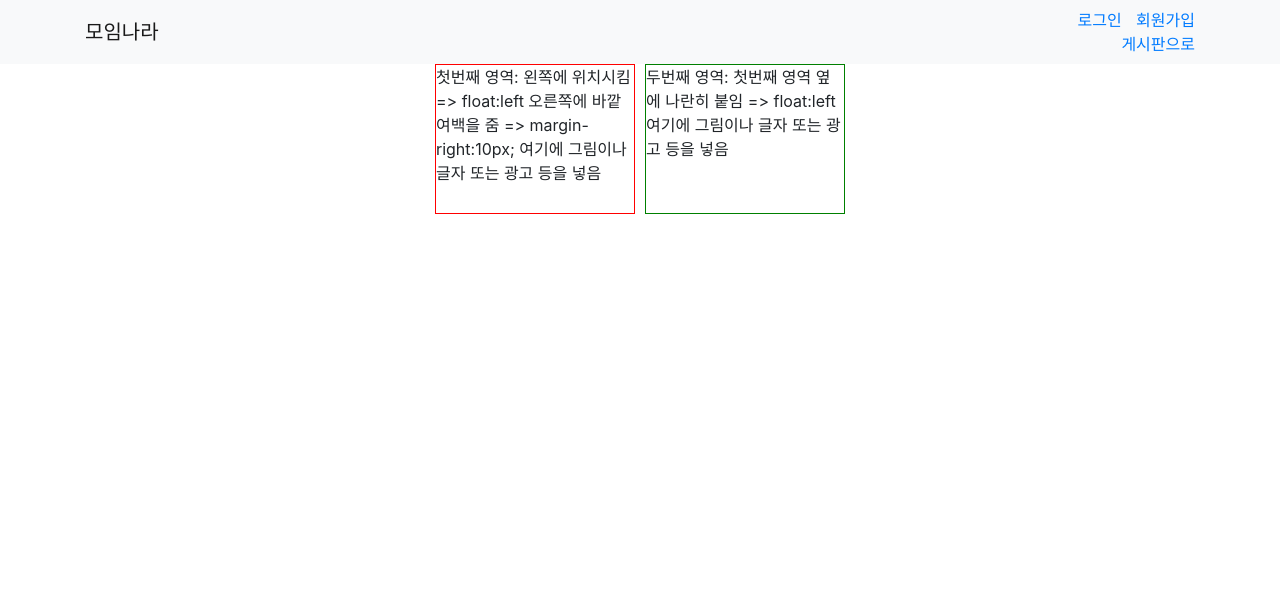
Repository: cmg9707/Devfox-spring-project
Page: http://localhost/DevJUS/WEB-INF/views/JUS/info.jsp
These files come from the project's save history. The page is drawn as it stood at one moment and after the next save; the edit follows.
The browser window is 1280 px wide. The pictures show the whole page.
Some web libraries are served in a nearby version. The page is served by Tomcat 9. Nobody is signed in. The template is opened directly, without the code that normally fills it, so the values that code supplies are empty.

Above is the page before, as saved 2023-04-13 23:30:11.

After the next save:
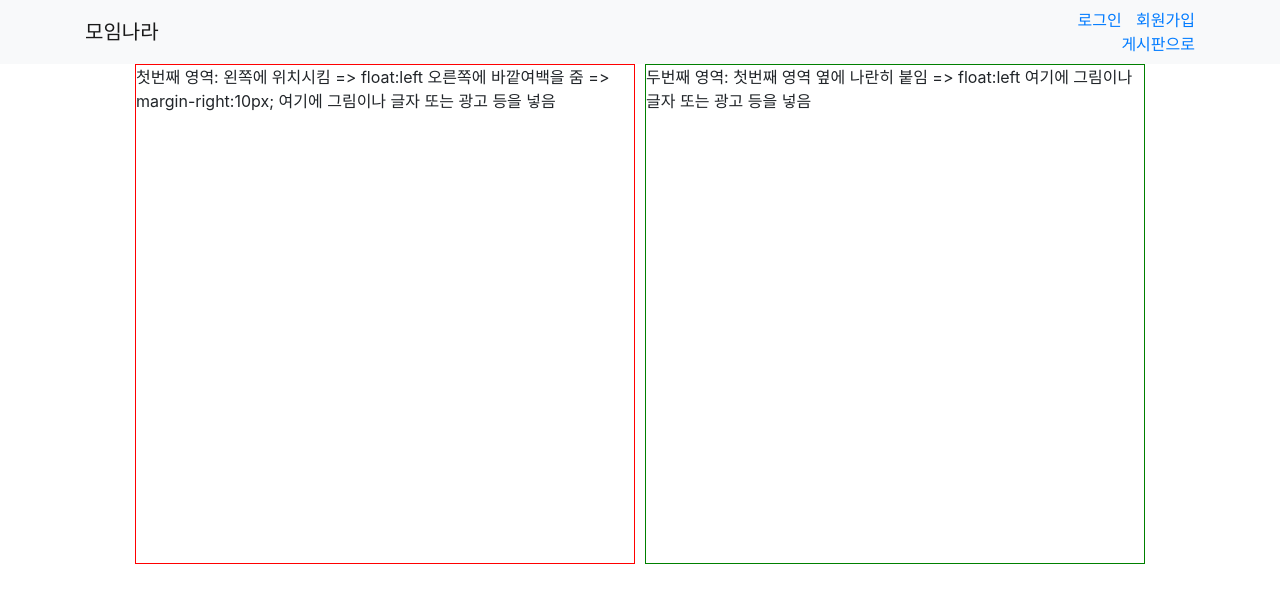
Saved 26 s later.
--- a/DevJUS/src/main/webapp/WEB-INF/views/JUS/info.jsp
+++ b/DevJUS/src/main/webapp/WEB-INF/views/JUS/info.jsp
@@ -51,13 +51,13 @@
         </nav>
 
 <div style="display: flex; justify-content: center;">
-  <div style="width:200px; height:150px; border:1px solid red; float:left; margin-right:10px;">
+  <div style="width:500px; height:500px; border:1px solid red; float:left; margin-right:10px;">
     첫번째 영역:
     왼쪽에 위치시킴 =>  float:left
     오른쪽에 바깥여백을 줌 =>  margin-right:10px;
     여기에 그림이나 글자 또는 광고 등을 넣음
   </div>
-  <div style="width:200px; height:150px; border:1px solid green; float:left;">
+  <div style="width:500px; height:500px; border:1px solid green; float:left;">
     두번째 영역:
     첫번째 영역 옆에 나란히 붙임 => float:left
     여기에 그림이나 글자 또는 광고 등을 넣음
